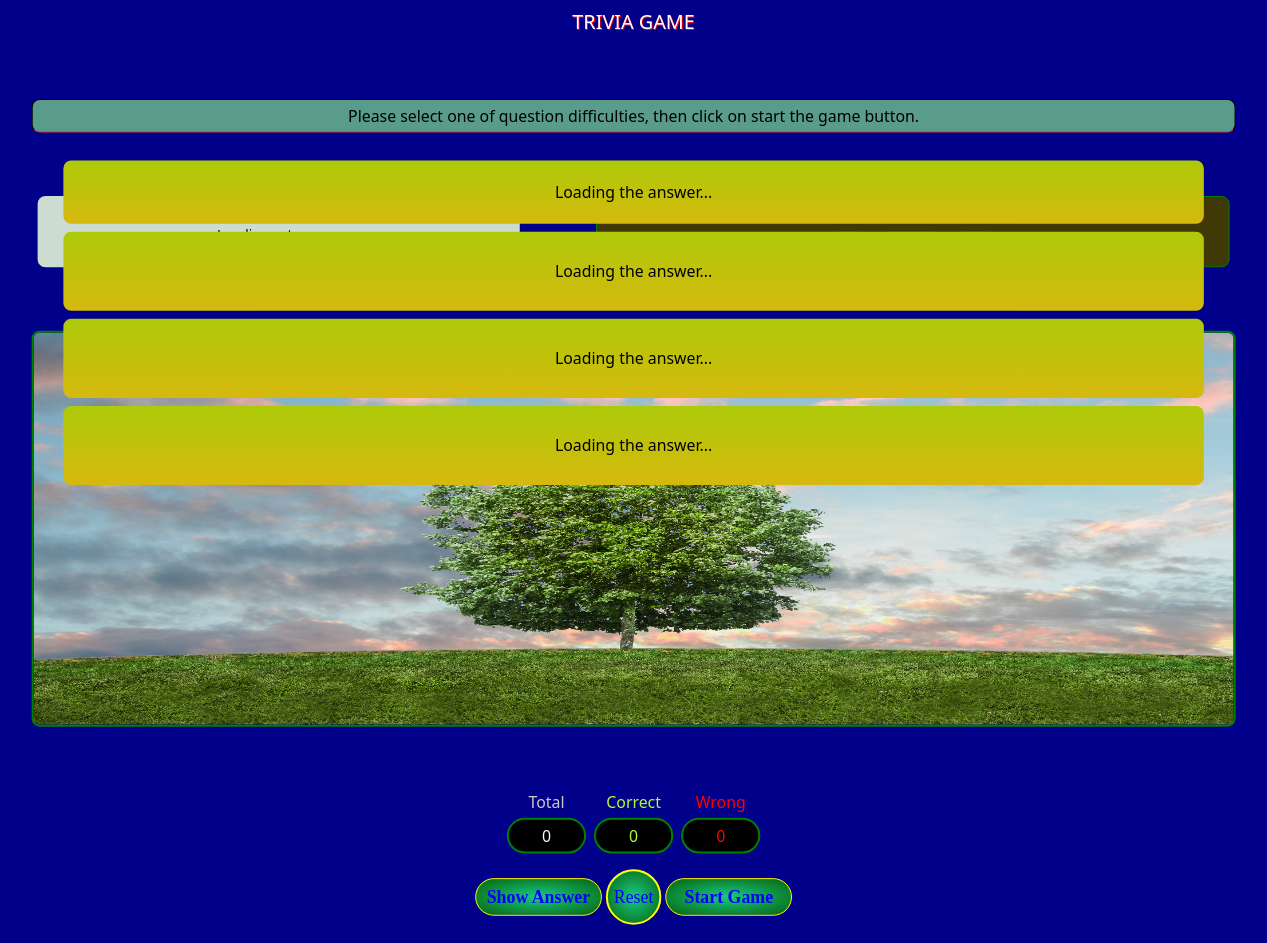
Repository: ShindanoSingi/bembe-trivia
Page: index.html
An editor plug-in stored every save of this project. The page is shown before and after the next save, followed by the edit.
The browser window is 1280 px wide. The pictures show the whole page, at 99% of full size.
Some web libraries are served in a nearby version.

Above is the page before, as saved 2022-09-08 01:00:06.

After the next save:
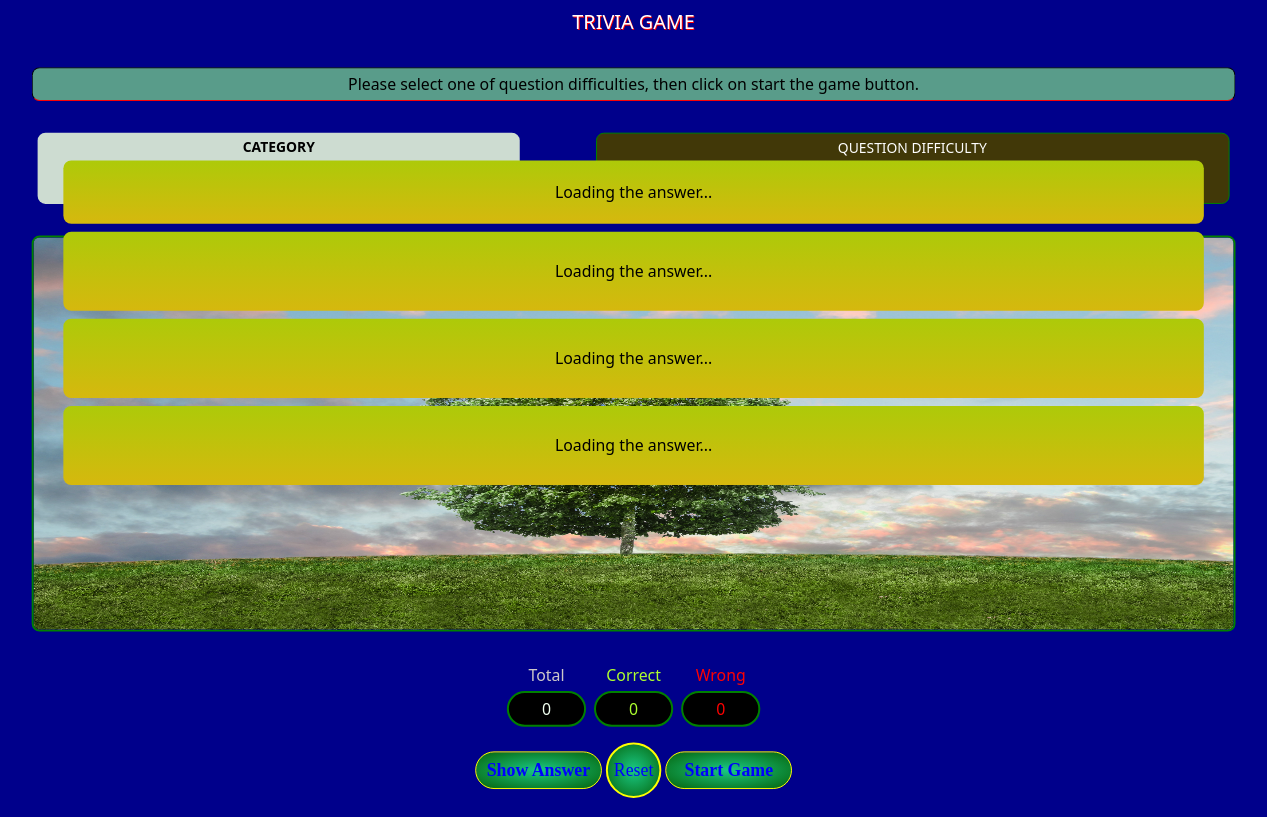
Saved 6 s later.
--- a/index.html
+++ b/index.html
@@ -11,7 +11,7 @@
     </head>
 
     <body class="">
-        <div class="containerBox max-h-[100vh] my-2 flex flex-col gap-[4rem]">
+        <div class="containerBox max-h-[100vh] my-2 flex flex-col gap-[2rem]">
             <h1 class="text-center text-xl" >TRIVIA GAME</h1>
             <div class="questionBox text-center w-[95vw] px-2 h-[8rem] p-1 mx-auto rounded-lg">
                 Please select one of question difficulties, then click on start the game button.
